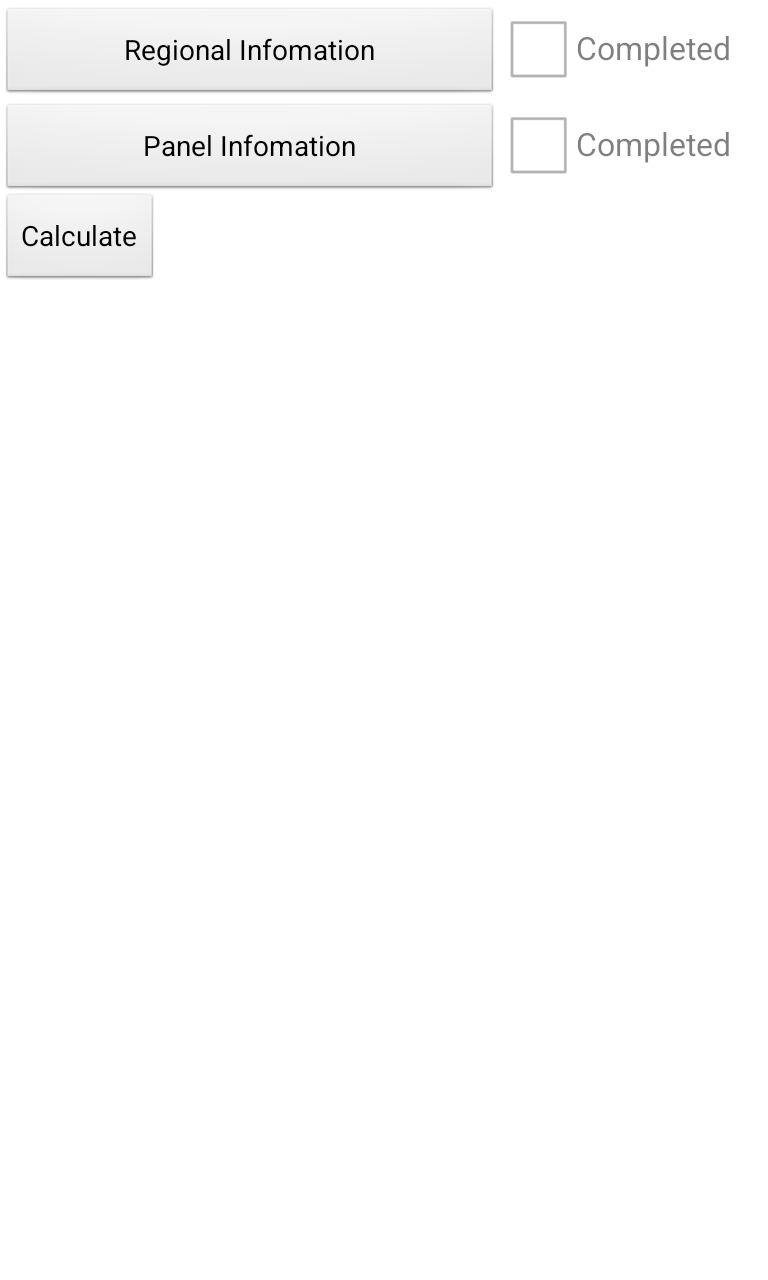
Repository: INBASD/Solar-Power-Project
Layout: Solar power calculator android/res/layout/menu.xml
These files come from the project's save history. The layout is drawn as it stood at one moment and after the next save; the edit follows.
It is drawn on a 768 x 1280 px phone screen (xhdpi) without system bars, with theme AppTheme; the app's code is not run.

Above is the layout before, as saved 2012-09-08 04:41:53.

### Solar power calculator android/res/layout/menu.xml
<?xml version="1.0" encoding="utf-8"?>
<LinearLayout xmlns:android="http://schemas.android.com/apk/res/android"
    android:layout_width="match_parent"
    android:layout_height="match_parent"
    android:orientation="vertical" >

    <LinearLayout
        android:layout_width="match_parent"
        android:layout_height="wrap_content" >

        <Button
            android:id="@+id/button1"
            android:layout_width="250dp"
            android:layout_height="wrap_content"
            android:text="@string/areaInfo" />

        <CheckBox
            android:id="@+id/regionDone"
            android:layout_width="wrap_content"
            android:layout_height="wrap_content"
            android:text="@string/completed"
            android:enabled="false" />

    </LinearLayout>

    <LinearLayout
        android:layout_width="match_parent"
        android:layout_height="wrap_content">

        <Button
            android:id="@+id/button2"
            android:layout_width="250dp"
            android:layout_height="wrap_content"
            android:text="@string/pnlInfo" />

        <CheckBox
            android:id="@+id/pnlDone"
            android:layout_width="wrap_content"
            android:layout_height="wrap_content"
            android:text="@string/completed"
            android:enabled="false" />

    </LinearLayout>

     <LinearLayout
        android:layout_width="match_parent"
        android:layout_height="wrap_content">

        <Button
            android:id="@+id/calc"
            android:layout_width="wrap_content"
            android:layout_height="wrap_content"
            android:text="Calculate" />

    </LinearLayout>

</LinearLayout>

### Solar power calculator android/res/values/strings.xml
<resources>

    <string name="app_name">Solar Power calculator</string>
    <string name="hello_world">Hello world!</string>
    <string name="menu_settings">Settings</string>
    <string name="title_activity_main">Solar Calculator</string>
    <string name="enterLat">Enter Your Latitude</string>
    <string name="terrif">Enter Terrif</string>
    <string name="bcalc">Calculate!</string>
    <string name="title_activity_displayresults">DisplayResults</string>
    <string name="cloudcvr">Averate Cloud Cover Percentage</string>
    <string name="done">Done</string>
    <string name="areaInfo">Regional Infomation</string>
    <string name="pnlInfo">Panel Infomation</string>
    <string name="completed">Completed</string>

</resources>

Loaded but not shown: Solar power calculator android/res/values/styles.xml (common file)

After the next save:
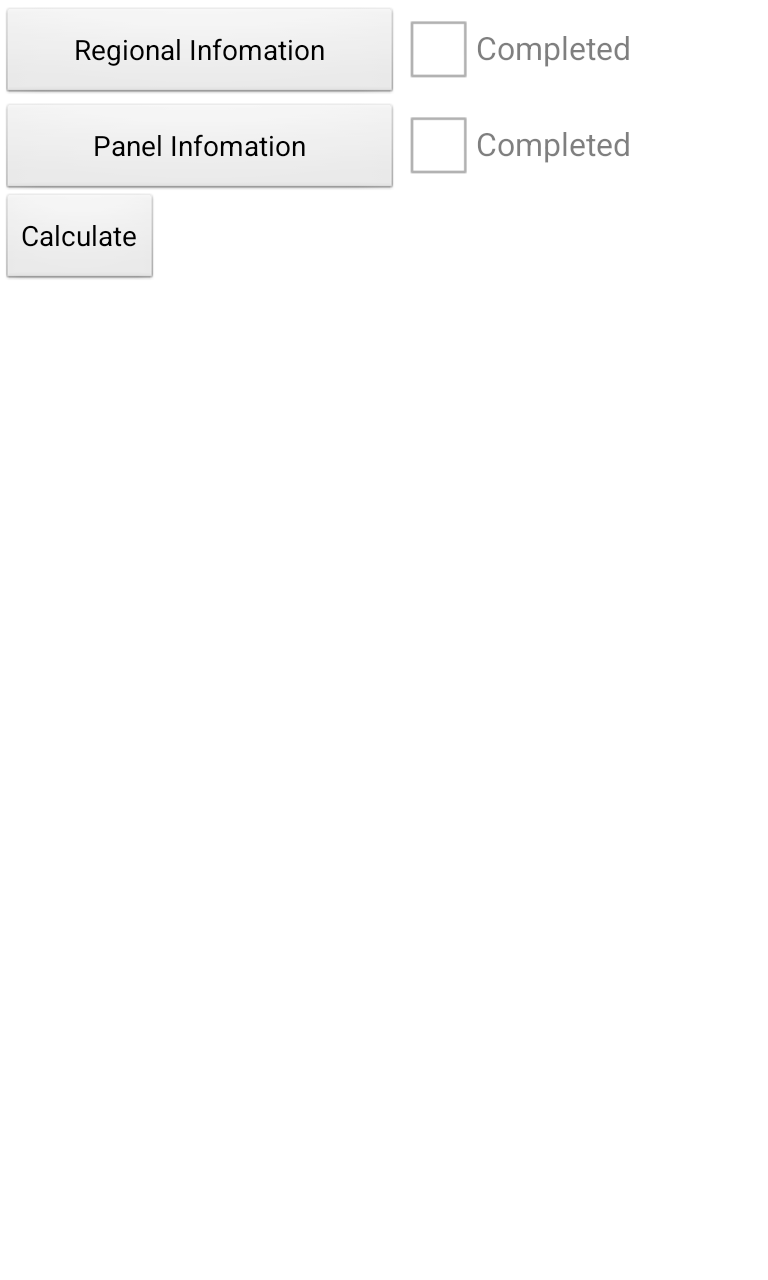
Saved 13 s later.
--- a/Solar power calculator android/res/layout/menu.xml
+++ b/Solar power calculator android/res/layout/menu.xml
@@ -10,7 +10,7 @@
 
         <Button
             android:id="@+id/button1"
-            android:layout_width="250dp"
+            android:layout_width="200dp"
             android:layout_height="wrap_content"
             android:text="@string/areaInfo" />
 
@@ -29,7 +29,7 @@
 
         <Button
             android:id="@+id/button2"
-            android:layout_width="250dp"
+            android:layout_width="200dp"
             android:layout_height="wrap_content"
             android:text="@string/pnlInfo" />
 
